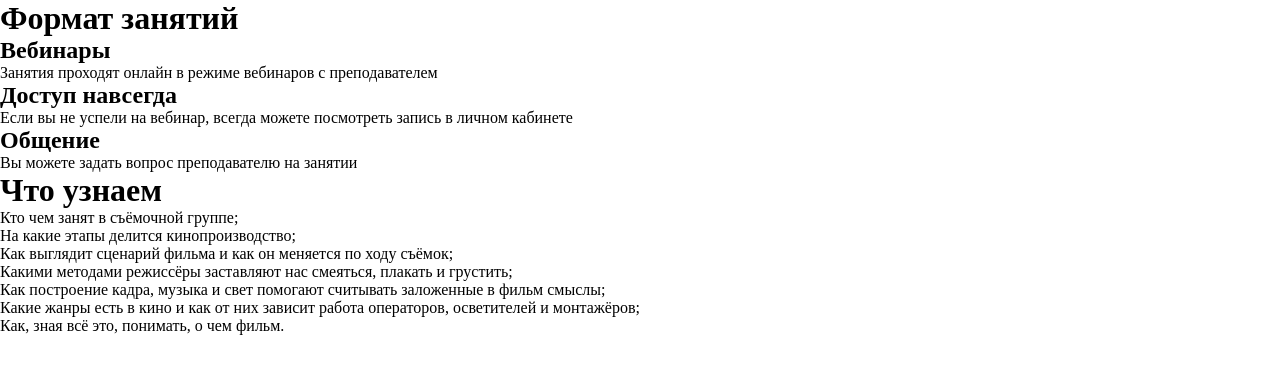
Repository: PoladEziz/Task2
Page: index.html
An editor plug-in stored every save of this project. The page is shown before and after the next save, followed by the edit.
The browser window is 1280 px wide. The pictures show the whole page.

Above is the page before, as saved 2023-05-04 17:17:46.

After the next save:
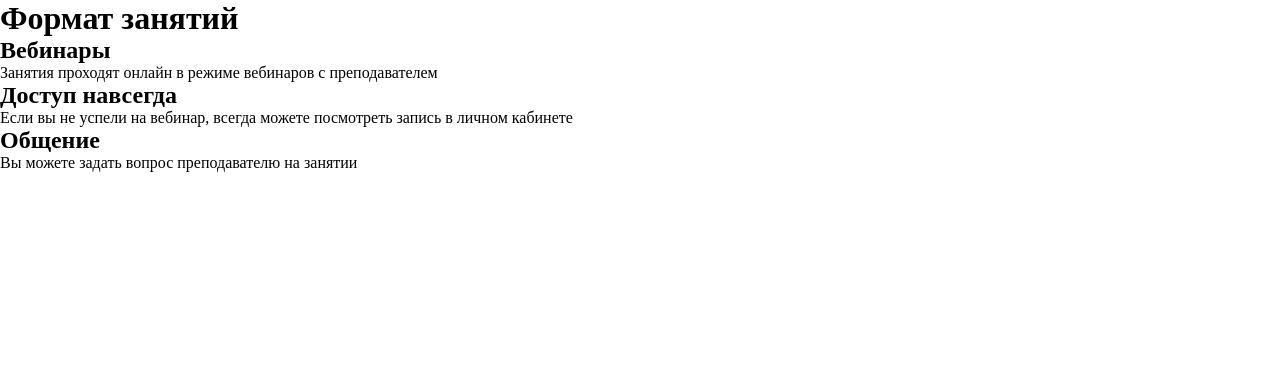
Saved 5 s later.
--- a/index.html
+++ b/index.html
@@ -39,7 +39,7 @@
             </div>
 
         </div>
-        <div class="page-2">
+        <!-- <div class="page-2">
             <h1>Что узнаем</h1>
             <ul>
                 <li>Кто чем занят в съёмочной группе; </li>
@@ -54,7 +54,7 @@
 
 
 
-        </div>
+        </div> -->
 
 
     </div>
